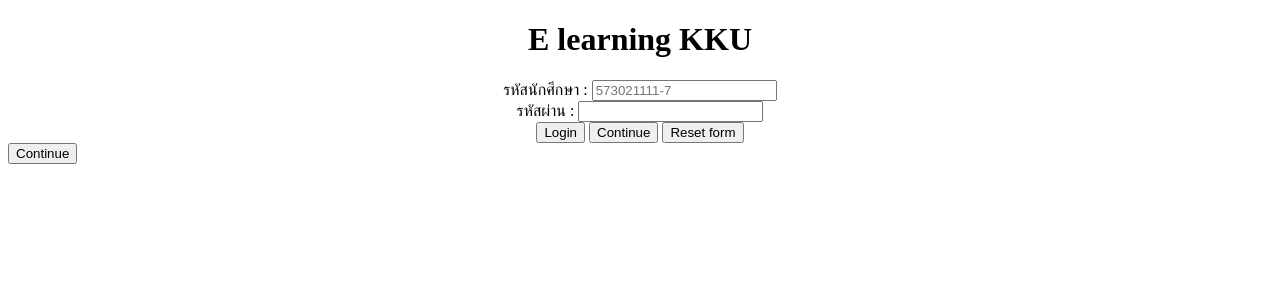
Repository: Wanaratkhamla/LabJavaWeb
Page: http://localhost/TestJoinTable/Login.jsp
An editor plug-in stored every save of this project. The page is shown before and after the next save, followed by the edit.
The browser window is 1280 px wide. The pictures show the whole page.
The page is served by Tomcat 9.

Above is the page before, as saved 2017-02-28 18:19:11.

After the next save:
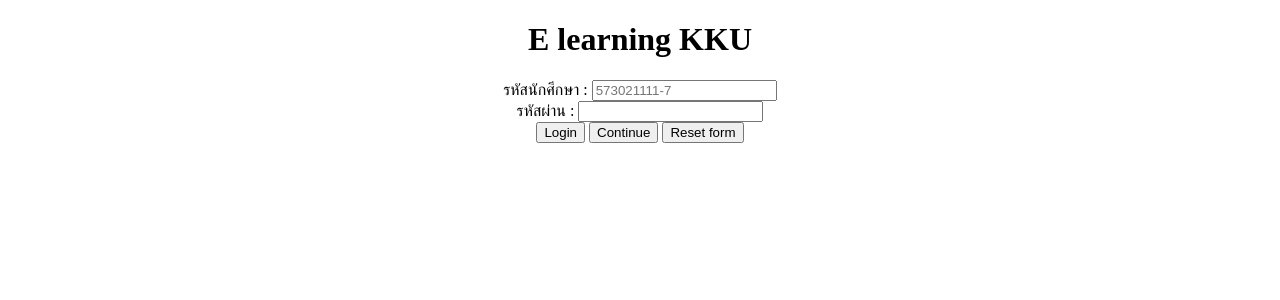
Saved 60 s later.
--- a/TestJoinTable/WebContent/Login.jsp
+++ b/TestJoinTable/WebContent/Login.jsp
@@ -8,7 +8,7 @@
 </head>
 <body>
 	<div align="center">
-		<form action="login">
+		<form action="login" id="myForm">
 			<h1>E learning KKU</h1>
 			<input type="hidden" name="action" value="login">
 			รหัสนักศึกษา : <input size="20" type="text" name="SID"
@@ -19,7 +19,6 @@
 			<input type="button" onclick="myFunction()" value="Reset form">
 		</form>
 	</div>
-	<button type="button" onclick="window.location.href='Register.jsp'">Continue</button>
 	<script>
 		function myFunction() {
 			document.getElementById("myForm").reset();
